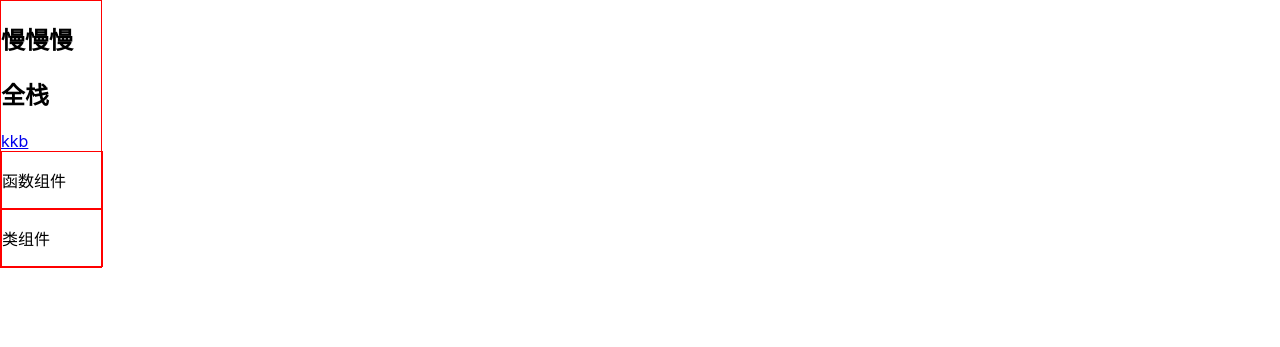
Repository: guoshukun1994/reactByHandWriting
Page: /
These files come from the project's save history. The page is drawn as it stood at one moment and after the next save; the edit follows.
The browser window is 1280 px wide. The pictures show the whole page.
The project was rebuilt for these pictures with package versions that can differ from the ones it lists, and the page was loaded fresh each time.

Above is the page before, as saved 2021-02-10 10:04:41.

### src/index.js
import ReactDOM from 'react-dom';
import React, { Component } from 'react';   // 类组件需要用到
// import ReactDOM from './kreact/react-dom';
import './index.css';

// 函数组件02
function FunctionComponent(props) {
  return (
    <div className="border">
      <p>{props.name}</p>
    </div>
  )
}

// 类组件03
class ClassComponent extends Component {
  render() {
    return (
      <div className="border">
        <p>{this.props.name}</p>
      </div>
    )
  }
}

const jsx = (
  <section className="border">
    <h1>慢慢慢</h1>
    <h1>全栈</h1>
    <a href="https://www.kaikeba.com">kkb</a>
    <FunctionComponent name="函数组件"/>
    <ClassComponent name="类组件"/>
  </section>
);

ReactDOM.render(jsx, document.getElementById("root"));

// 原生节点和文本节点01
// const jsx = (
//   <section className="border">
//     <h1>慢慢慢</h1>
//     <h1>全栈</h1>
//     <a href="https://www.kaikeba.com">kkb</a>
//   </section>
// );

// ReactDOM.render(jsx, document.getElementById("root"));


// 原生标签节点，比如div、a等
// 文本节点
// 函数组件
// 类组件
// Fragment

### src/index.css
body {
  margin: 0;
  font-family: -apple-system, BlinkMacSystemFont, 'Segoe UI', 'Roboto', 'Oxygen',
    'Ubuntu', 'Cantarell', 'Fira Sans', 'Droid Sans', 'Helvetica Neue',
    sans-serif;
  -webkit-font-smoothing: antialiased;
  -moz-osx-font-smoothing: grayscale;
}

code {
  font-family: source-code-pro, Menlo, Monaco, Consolas, 'Courier New',
    monospace;
}

.border {
  width: 100px;
  border: 1px solid red;
  margin: ;
}

Loaded but not shown: public/index.html (common file)

After the next save:
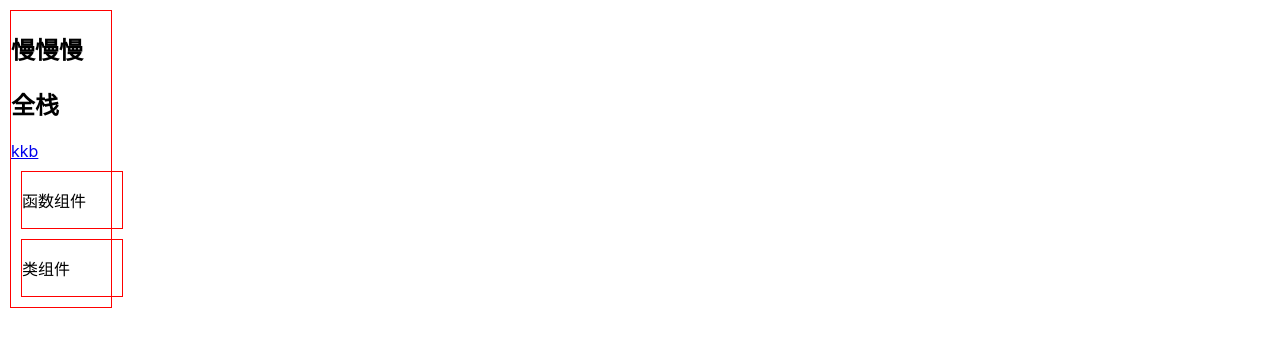
Saved 6 s later.
--- a/src/index.css
+++ b/src/index.css
@@ -15,5 +15,5 @@ code {
 .border {
   width: 100px;
   border: 1px solid red;
-  margin: ;
+  margin: 10px;
 }
